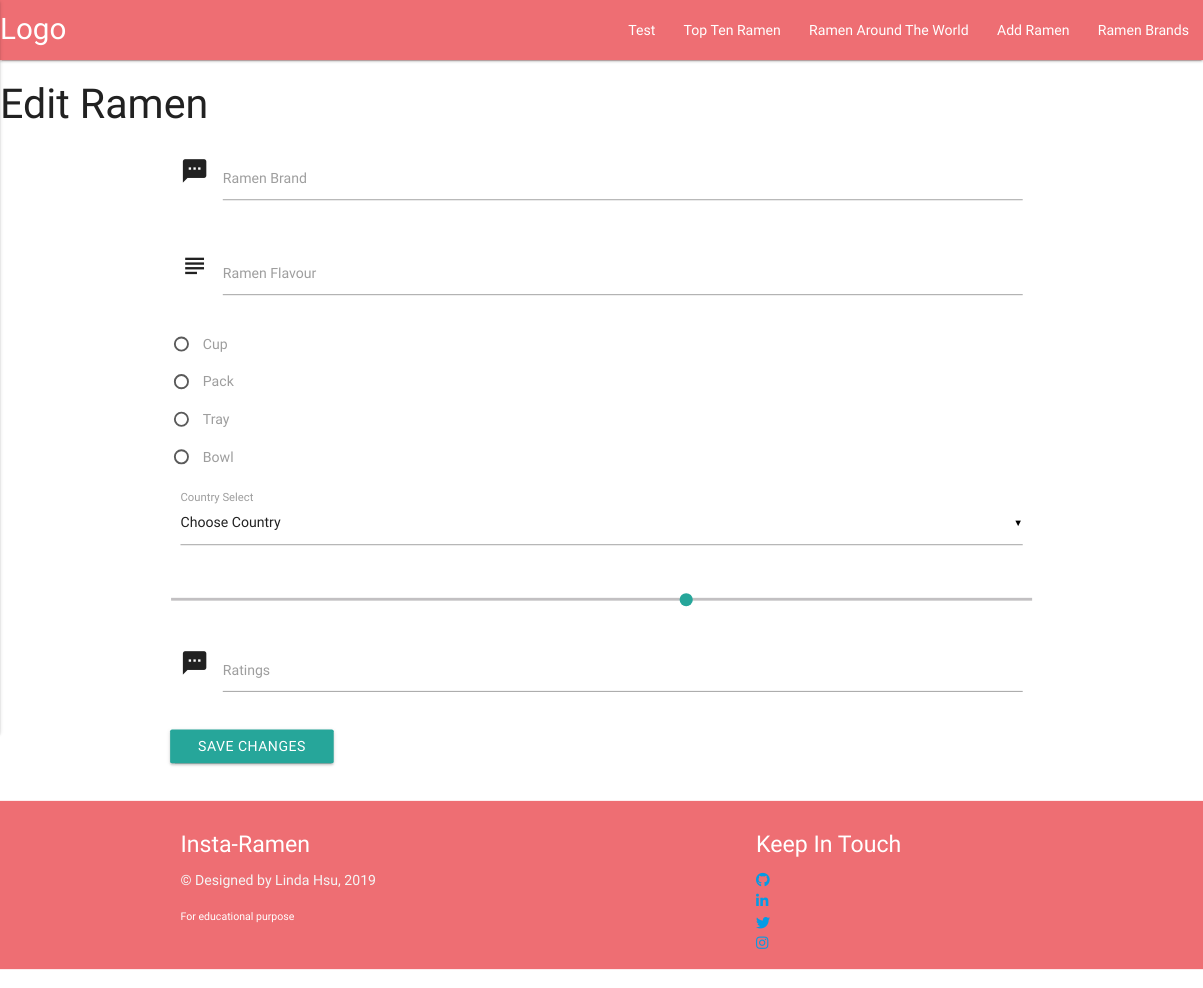
Repository: Paddlepop25/codeinstitute-insta-ramen
Page: templates/edit_ramen.html
The author's editor kept a record of every edit. The page is drawn from the files as they stood at one moment, then again after the next edit.
The browser window is 1280 px wide. The pictures show the whole page, at 94% of full size.
Some web libraries are served in a nearby version. The page is served by the project's application, run on Flask 3 (app.py). The template is opened directly, without the code that normally fills it, so the values that code supplies are empty.

Above is the page before.

### templates/edit_ramen.html
{% extends 'base.html' %} {% block content %}

<h3>Edit Ramen</h3>
<div class="container">

  <div class="row">

    <form action="{{ url_for('update_ramen', ramen_id=ramen._id) }}" method="POST" class="col s12">

      <div class="row">
        <div class="input-field col s12">
          <i class="material-icons prefix">textsms</i>
          <input id="Brand" name="Brand" type="text" value="{{ramen.Brand}}">
          <label for="ramen_brand">Ramen Brand</label>
        </div>
      </div>

      <div class="row">
        <div class="input-field col s12">
          <i class="material-icons prefix">subject</i>
          <input id="Flavour" name="Flavour" type="text" value="{{ramen.Flavour}}">
          <label for="ramen_flavour">Ramen Flavour</label>
        </div>
      </div>

      <div class="row">
        <p>
          {% if ramen.Style == "Cup" %}
          <input class="with-gap" name="Style" type="radio" id="cup" value="Cup" checked/>
          {% else %}
          <input class="with-gap" name="Style" type="radio" id="cup" value="Cup" />
          {% endif %}
          <label for="cup">Cup</label>
        </p>
        <p>
          {% if ramen.Style == "Pack" %}
          <input class="with-gap" name="Style" type="radio" id="pack" value="Pack" checked/>
          {% else %}
          <input class="with-gap" name="Style" type="radio" id="pack" value="Pack" />
          {% endif %}
          <label for="pack">Pack</label>
        </p>
        <p>
          {% if ramen.Style == "Tray" %}
          <input class="with-gap" name="Style" type="radio" id="tray" value="Tray" checked/>
          {% else %}
          <input class="with-gap" name="Style" type="radio" id="tray" value="Tray" />
          {% endif %}
          <label for="tray">Tray</label>
        </p>
        <p>
          {% if ramen.Style == "Bowl" %}
          <input class="with-gap" name="Style" type="radio" id="bowl" value="Bowl" checked/>
          {% else %}
          <input class="with-gap" name="Style" type="radio" id="bowl" value="Bowl" />
          {% endif %}
          <label for="bowl">Bowl</label>
        </p>
      </div>

      <div class="row">
        <div class="input-field col s12">
          <select id="Country" name="Country" required>
          <option value disabled selected>Choose Country</option>
            {% for ramen_country in countries %}
            {% if ramen_country.Country == ramen.Country %}
              <option value="{{ ramen_country.Country }}" selected>{{ ramen_country.Country }}</option>
            {% else %}
            <option value="{{ ramen_country.Country }}">{{ ramen_country.Country }}</option>
              {% endif %}
          {% endfor %}
        </select>
          <label>Country Select</label>
        </div>
      </div>


      <div class="row">
        <p class="range-field">
          <input type="range" id="Stars" name="Stars" min="0" max="5" value="{{ramen.Stars}}" />
        </p>
      </div>

      <div class="row">
        <div class="input-field col s12">
          <i class="material-icons prefix">textsms</i>
          <input id="Ratings" name="Ratings" type="text" value="{{ramen.Ratings}}">
          <label for="ramen_rating">Ratings</label>
        </div>
      </div>

      <div class="row">
      <!--  <button class="btn waves-effect waves-light" type="submit" name="action">Save Changes-->
      <!--  <i class="material-icons right">playlist_add</i>-->
      <!--</button>-->
      <!--<button class="btn waves-effect waves-light" type="submit" name="action">Cancel-->
      <!--<a href="{{url_for('get_ramen')}}"></a>-->
      <!--  <i class="material-icons right">cancel</i>-->
      <!--</button>-->
      <a href="{{url_for('update_ramen', ramen_id=ramen._id)}}" class="waves-effect waves-light btn">Save Changes</a>
      </div>
    </form>

  </div>
</div>
{% endblock %}

### templates/base.html
<!DOCTYPE html>
<html>

<head>
  <link href="https://fonts.googleapis.com/icon?family=Material+Icons" rel="stylesheet">
  <link rel="stylesheet" href="https://cdnjs.cloudflare.com/ajax/libs/materialize/0.100.2/css/materialize.min.css">
  <link rel="stylesheet" href="https://use.fontawesome.com/releases/v5.8.1/css/all.css"
    integrity="sha384-50oBUHEmvpQ+1lW4y57PTFmhCaXp0ML5d60M1M7uH2+nqUivzIebhndOJK28anvf" crossorigin="anonymous" />
  <link rel="stylesheet" href="/static/styles/style.css" type="text/css" />
</head>

<body>
  <header>
  <nav>
    <div class="nav-wrapper">
      <a href="{{url_for('home_page')}}" class="brand-logo">Logo</a>
      <a href="#" data-activates="mobile-demo" class="button-collapse"><i class="material-icons">menu</i></a>
      <ul class="right hide-on-med-and-down">
        <li><a href="{{url_for('top_ten')}}">Test</a></li>
        <li><a href="{{url_for('top_ten')}}">Top Ten Ramen</a></li>
        <li><a href="{{url_for('get_ramen')}}">Ramen Around The World</a></li>
        <li><a href="{{url_for('add_ramen')}}">Add Ramen</a></li>
        <li><a href="{{url_for('get_brands')}}">Ramen Brands</a></li>
      </ul>
      <ul class="side-nav" id="mobile-demo">
        <li><a href="{{url_for('home_page')}}">Home</a></li>
        <li><a href="{{url_for('top_ten')}}">Top Ten Ramen</a></li>
        <li><a href="{{url_for('get_ramen')}}">Ramen Around The World</a></li>
        <li><a href="{{url_for('add_ramen')}}">Add Ramen</a></li>
        <li><a href="{{url_for('get_brands')}}">Ramen Brands</a></li>
      </ul>
    </div>
  </nav>
  </header>

   {% block content %} {% endblock %}
  <footer class="page-footer">
          <div class="container">
            <div class="row">
              <div class="col l6 s12">
                <h5 class="white-text">Insta-Ramen</h5>
                <p class="grey-text text-lighten-4">&copy; Designed by Linda Hsu, 2019</p>
                <small>For educational purpose</small>
              </div>
              <div class="col l4 offset-l2 s12">
                <h5 class="white-text">Keep In Touch</h5>
                <ul>
                  <li><a href="https://github.com/Paddlepop25" target="_blank"><i class="fab fa-github"></i></a></li>
                  <li><a href="https://www.linkedin.com/in/lindahsu007/" target="_blank"><i class="fab fa-linkedin-in"></i></a></li>
                  <li><a href="https://twitter.com/shecodeshsucode" target="_blank"><i class="fab fa-twitter"></i></a></li>
                  <li><a href="https://www.instagram.com/shecodeshsucodes/" target="_blank"><i class="fab fa-instagram"></i></a></li>
                </ul>
              </div>
            </div>
          </div>
        </footer>

  <script src="https://cdnjs.cloudflare.com/ajax/libs/jquery/3.2.1/jquery.min.js"></script>
  <script src="https://cdnjs.cloudflare.com/ajax/libs/materialize/0.100.2/js/materialize.min.js"></script>
  <!--<script type="text/javascript" src="./static/scripts/app.js"></script>-->
  <script type="text/javascript">
    $(document).ready(function() {
      $(".button-collapse").sideNav();
      $('select').material_select();
    });
  </script>
</body>

</html>

### app.py
import os
from flask import Flask, render_template, redirect, request, url_for
from flask_pymongo import PyMongo
from bson.objectid import ObjectId

app = Flask(__name__)

app.config['MONGO_DBNAME'] = 'ramen_database'
app.config["MONGO_URI"] = 'mongodb+srv://root:r00tUser@cluster0-mg1xb.mongodb.net/ramen_database?retryWrites=true&w=majority'

mongo = PyMongo(app)

@app.route('/')
@app.route('/home_page')
def home_page():
    return render_template('index.html')

@app.route('/top_ten')
def top_ten():
    ten_ramens=mongo.db.ramens.find({ 'Stars': { '$gt': 4, '$lt': 5 } } ).limit(10)
    return render_template('top_ten.html', ten_ramens=ten_ramens)

@app.route('/ramen_asia')
def ramen_asia():
    ramens=mongo.db.ramens.find(
        {'$or':
            [{'Country': 'Taiwan'},{'Country': "Japan"}]
        }
        )
    return render_template('ramen_asia.html', ramens=ramens)

@app.route('/get_ramen')
def get_ramen():
    ramens=mongo.db.ramens.find()
    return render_template('ramen.html', ramens=ramens)

@app.route('/search_ramen/', methods=["GET", "POST"])
def search_ramen():
    if request.method == "POST":
        post_request = request.form.get('searchbar_input')
        print(post_request)
    # return render_template("search_ramen.html",
    #                         local_category=mongo.db.flavours.find(),
    #                         recipes=mongo.db.recipes.find({"title" : {"$regex": post_request, "$options": "i"}}),
    #                         recipe_count=mongo.db.recipes.find({"title" : {"$regex": post_request, "$options": "i"}}).count())

@app.route('/add_ramen')
def add_ramen():
    return render_template('add_ramen.html', countries=mongo.db.countries.find())

@app.route('/insert_ramen', methods=['POST'])
def insert_ramen():
    ramens = mongo.db.ramens
    ramens.insert_one(request.form.to_dict())
    return redirect(url_for('get_ramen'))

@app.route('/edit_ramen/<ramen_id>', methods=['GET'])
def edit_ramen(ramen_id):
    ramen = mongo.db.ramens.find_one({"_id": ObjectId(ramen_id)})
    countries = mongo.db.countries.find()
    return render_template('edit_ramen.html', ramen=ramen, countries=countries)

@app.route('/display_ramen/<ramen_id>', methods=['GET'])
def display_ramen(ramen_id):
    ramen = mongo.db.ramens.find_one({"_id": ObjectId(ramen_id)})
    return render_template('display_ramen.html', ramen=ramen)

@app.route('/update_ramen/<ramen_id>', methods=["POST"])
def update_ramen(ramen_id):
    ramen = mongo.db.ramens
    ramen.update( {'_id': ObjectId(ramen_id)},
    {
        'Brand': request.form.get('Brand'),
        'Flavour':request.form.get('Flavour'),
        'Style': request.form.get('Style'),
        'Country':request.form.get('Country'),
        'Stars':request.form.get('Stars'),
        'Ratings':request.form.get('Ratings')
    })
    return redirect(url_for('get_ramen'))

@app.route('/delete_ramen/<ramen_id>')
def delete_ramen(ramen_id):
    mongo.db.ramens.remove({'_id': ObjectId(ramen_id)})
    return redirect(url_for('get_ramen'))

@app.route('/get_brands')
def get_brands():
    brands = mongo.db.ramens.find()
    return render_template('brands.html',
                            brands=brands)

if __name__ == '__main__':
    app.run(host=os.environ.get('IP'),
            port=int(os.environ.get('PORT')),
            debug=True)

### static/styles/style.css
/*body {*/
/*    background: yellow;*/
/*}*/

After the next edit:
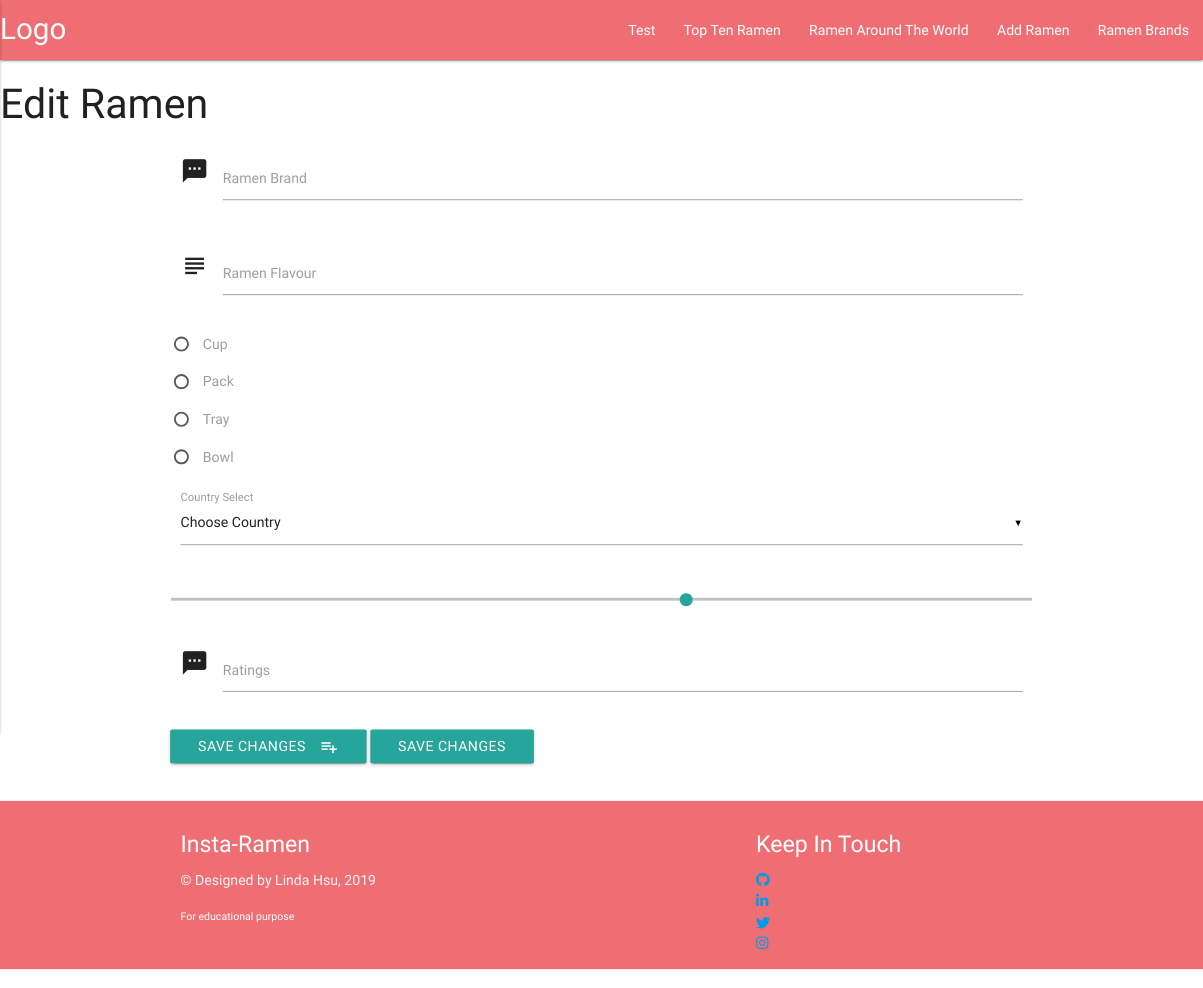
The edit:
--- a/templates/edit_ramen.html
+++ b/templates/edit_ramen.html
@@ -90,9 +90,9 @@
       </div>
 
       <div class="row">
-      <!--  <button class="btn waves-effect waves-light" type="submit" name="action">Save Changes-->
-      <!--  <i class="material-icons right">playlist_add</i>-->
-      <!--</button>-->
+        <button class="btn waves-effect waves-light" type="submit" name="action">Save Changes
+        <i class="material-icons right">playlist_add</i>
+      </button>
       <!--<button class="btn waves-effect waves-light" type="submit" name="action">Cancel-->
       <!--<a href="{{url_for('get_ramen')}}"></a>-->
       <!--  <i class="material-icons right">cancel</i>-->
